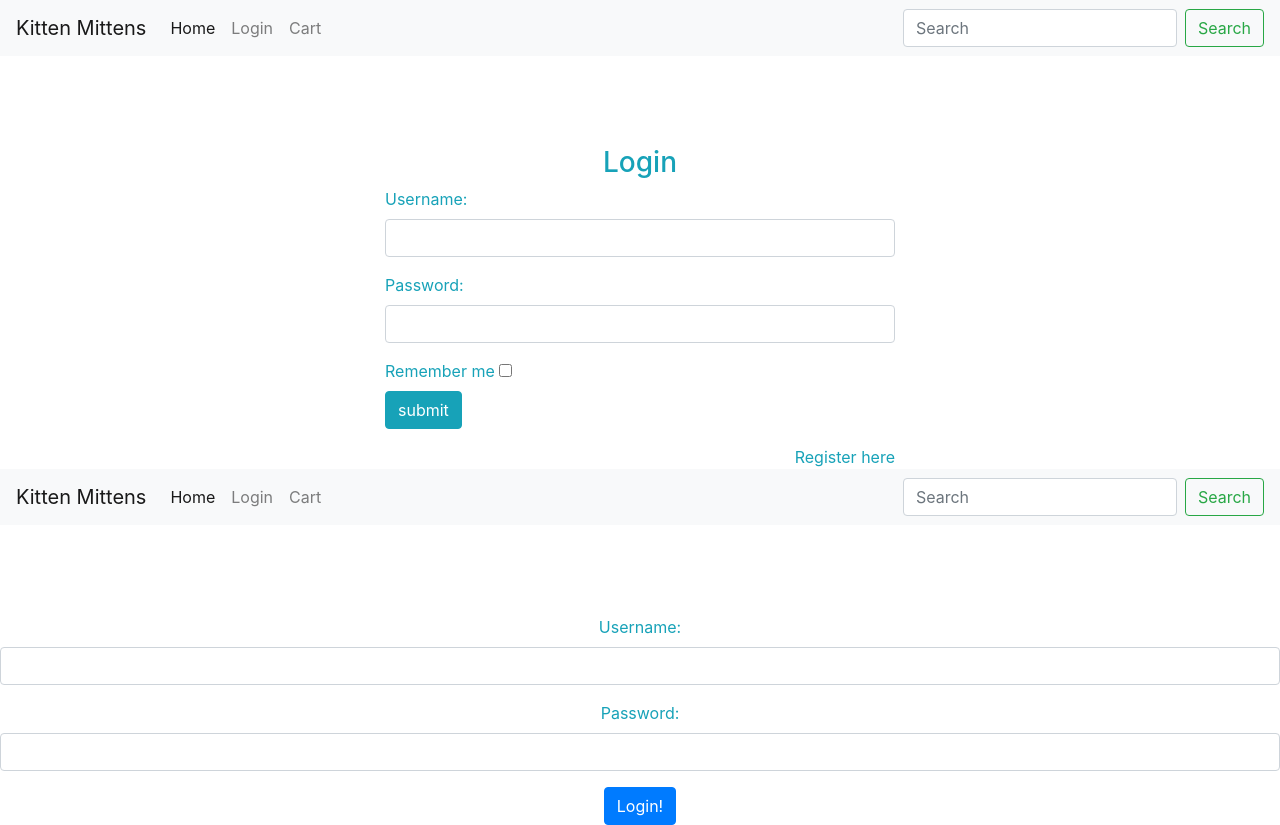
Repository: Janellle/KittenMittens
Page: http://localhost/login
The author's editor kept a record of every edit. The page is drawn from the files as they stood at one moment, then again after the next edit.
The browser window is 1280 px wide. The pictures show the whole page.
The page is served by the project's Node server (app.js).

Above is the page before.
Not found: js/functions.js
Not found: rps.js

### views/login.ejs
<%- include('partials/header.ejs') %>
        <body>
    <div id="login">
        <h3 class="text-center text-white pt-5">Login form</h3>
        <div class="container">
            <div id="login-row" class="row justify-content-center align-items-center">
                <div id="login-column" class="col-md-6">
                    <div id="login-box" class="col-md-12">
                        <form id="login-form" class="form" action="" method="post">
                            <h3 class="text-center text-info">Login</h3>
                            <div class="form-group">
                                <label for="username" class="text-info">Username:</label><br>
                                <input type="text" name="username" id="username" class="form-control">
                            </div>
                            <div class="form-group">
                                <label for="password" class="text-info">Password:</label><br>
                                <input type="text" name="password" id="password" class="form-control">
                            </div>
                            <div class="form-group">
                                <label for="remember-me" class="text-info"><span>Remember me</span> <span><input id="remember-me" name="remember-me" type="checkbox"></span></label><br>
                                <input type="submit" name="submit" class="btn btn-info btn-md" value="submit">
                            </div>
                            <div id="register-link" class="text-right">
                                <a href="#" class="text-info">Register here</a>
                            </div>
                        </form>
                    </div>
                </div>
            </div>
        </div>
    </div>
</body>
    </body>
</html>
<%- include('partials/header.ejs') %>
        <h3 class="text-center text-white pt-5">Login form</h3>

        <div class="text-center">
            <div class="form-group">
                <label for="username" class="text-info">Username:</label><br>
                <input type="text" name="username" id="username" class="form-control">
                </div>
            <div class="form-group">
                <label for="password" class="text-info">Password:</label><br>
                <input type="password" name="password" id="password" class="form-control">
            </div>
            <button class="btn btn-primary" id="loginBtn">Login!</button>
    </body>
    <script>
                $(document).ready(function() {


                    $("#loginBtn").on("click", function(){

                        //alert("works!");

                        $.ajax({

                              method: "POST",
                                 url: "/loginProcess",
                            dataType: "JSON",
                                data: { "username":$("#username").val(),
                                        "password":$("#password").val() },
                             success: function(result,status) {
                                //alert(result);
                                if (!result) {

                                    alert("Wrong credentials!");

                                } else {

                                    location.href = "/admin"; //redirects to admin route

                                }
                            }

                        });//ajax

                    });//click

                }); //document.ready

        </script>
</html>

### views/partials/header.ejs
<!DOCTYPE html>
<html>
    <head>
        <title> Kitten Mittens</title>
        <script language="javascript" type="text/javascript" src="rps.js"></script>
        <link rel="stylesheet" href="https://stackpath.bootstrapcdn.com/bootstrap/4.4.1/css/bootstrap.min.css" integrity="sha384-Vkoo8x4CGsO3+Hhxv8T/Q5PaXtkKtu6ug5TOeNV6gBiFeWPGFN9MuhOf23Q9Ifjh" crossorigin="anonymous">
        <link rel = "stylesheet" href="css/styles.css">
        <link rel = "stylesheet" href="js/functions.js">
        <script src="https://ajax.googleapis.com/ajax/libs/jquery/3.4.1/jquery.min.js"></script>
    </head>

    <body>
        <nav class="navbar navbar-expand-lg navbar-light bg-light">
              <a class="navbar-brand" href="/">Kitten Mittens</a>
              <button class="navbar-toggler" type="button" data-toggle="collapse" data-target="#navbarTogglerDemo02" aria-controls="navbarTogglerDemo02" aria-expanded="false" aria-label="Toggle navigation">
                <span class="navbar-toggler-icon"></span>
              </button>

              <div class="collapse navbar-collapse" id="navbarTogglerDemo02">
                <ul class="navbar-nav mr-auto mt-2 mt-lg-0">
                  <li class="nav-item active">
                    <a class="nav-link" href="/">Home</a>
                  </li>
                  <li class="nav-item">
                    <a class="nav-link" href="/login">Login</a>
                  </li>
                  <li class="nav-item">
                    <a class="nav-link" href="/cart">Cart</a>
                  </li>
                </ul>
            <form class="form-inline my-2 my-lg-0" action="productPage">
              <input class="form-control mr-sm-2" type="search" placeholder="Search">
                <a><button class="btn btn-outline-success my-2 my-sm-0" type="submit">Search</button></a>
            </form>
              </div>
        </nav>

### app.js
const express = require("express");
const mysql   = require("mysql");
const app = express();
const {Client} = require('pg');
//const session = require('express-session');

app.set("view engine", "ejs");
app.use(express.static("public")); //folder for images, css, js
app.use(express.urlencoded()); //use to parse data sent using the POST method

app.get("/", async function(req, res){
    res.render("index");
}); //root

app.get("/login", async function(req, res){
    res.render("login");

}); // login

app.get("/search", async function(req, res){
    res.render("search");
}); // search

app.get("/cart", async function(req,res){
    res.render("cart");
});

app.get("/productPage", async function(req,res){
    res.render("productPage");
});

app.get("/productView", async function(req,res){
    res.render("productView");
});

app.get("/admin", async function(req,res){
    res.render("admin");
});

/*
app.get("/cart", async function(req, res){
    let rows = await getCartShoes();
    //let rowsSecond = await getCartNonPlanets();
    //res.render("cart", {"cartPlanets":rows, "cartNonPlanets":rowsSecond});
    res.render("cart", {"cartShoes":rows})
});
app.get("/clearCart", async function(req, res){
    clearCart();
    let rows = await getCartShoes();
    res.render("cart", {"cartShoes":rows});
});
*/

//values in red must be updated
function dbConnection(){

   let conn = mysql.createConnection({
                 host: "ec2-18-213-176-229.compute-1.amazonaws.com",
                 user: "hptikosghjykbf",
             password: "78470a52c982fe07849cb7585b2aa82144e535734f330c003241e864cc9995e1",
             database: "ddgvmc8jol14f9"
       }); //createConnection

return conn;

}

//starting server
app.listen(process.env.PORT, process.env.IP, function(){
console.log("Express server is running...");
});

Loaded but not shown: public/css/styles.css (no copy from this time; the picture is the same without it)

After the next edit:
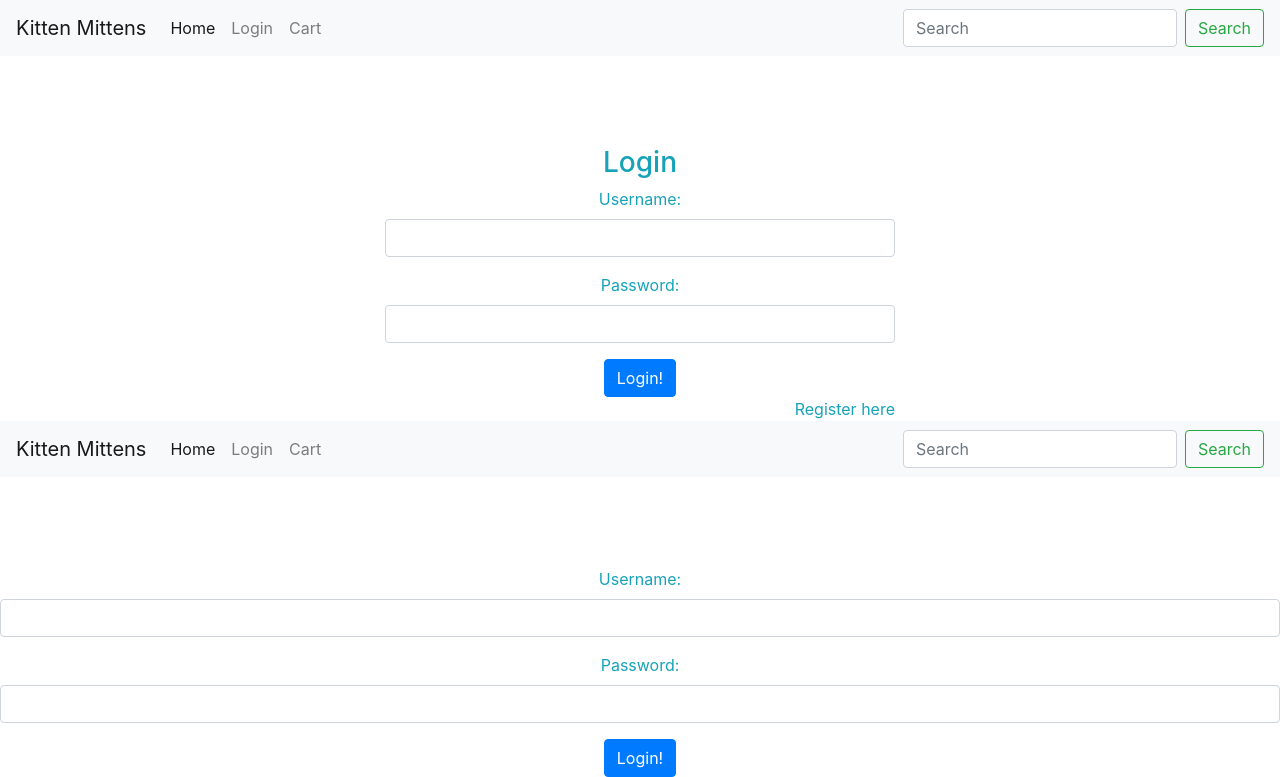
The edit:
--- a/views/login.ejs
+++ b/views/login.ejs
@@ -8,18 +8,16 @@
                     <div id="login-box" class="col-md-12">
                         <form id="login-form" class="form" action="" method="post">
                             <h3 class="text-center text-info">Login</h3>
-                            <div class="form-group">
-                                <label for="username" class="text-info">Username:</label><br>
-                                <input type="text" name="username" id="username" class="form-control">
-                            </div>
-                            <div class="form-group">
-                                <label for="password" class="text-info">Password:</label><br>
-                                <input type="text" name="password" id="password" class="form-control">
-                            </div>
-                            <div class="form-group">
-                                <label for="remember-me" class="text-info"><span>Remember me</span> <span><input id="remember-me" name="remember-me" type="checkbox"></span></label><br>
-                                <input type="submit" name="submit" class="btn btn-info btn-md" value="submit">
-                            </div>
+                            <div class="text-center">
+            <div class="form-group">
+                <label for="username" class="text-info">Username:</label><br>
+                <input type="text" name="username" id="username" class="form-control">
+                </div>
+            <div class="form-group">
+                <label for="password" class="text-info">Password:</label><br>
+                <input type="password" name="password" id="password" class="form-control">
+            </div>
+            <button class="btn btn-primary" id="loginBtn">Login!</button>
                             <div id="register-link" class="text-right">
                                 <a href="#" class="text-info">Register here</a>
                             </div>
